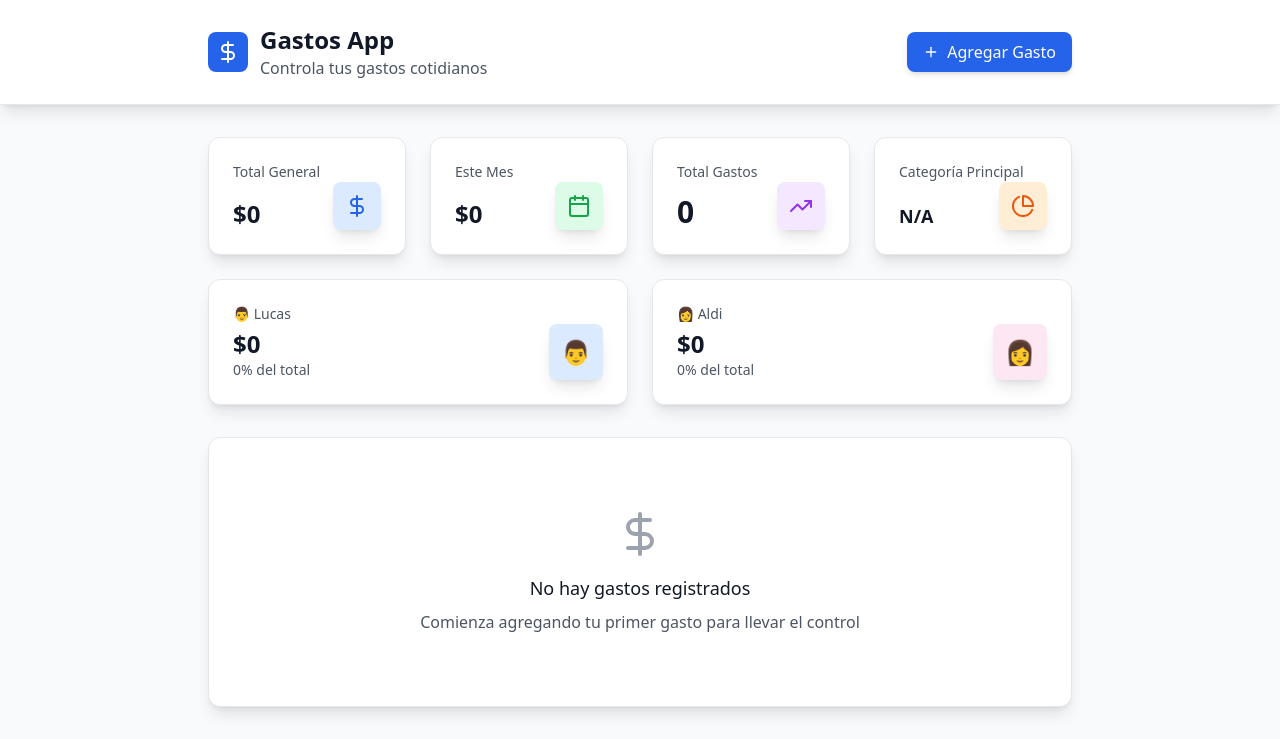
Repository: lucastenaglia/Gastosapp
Page: /
These files come from the project's save history. The page is drawn as it stood at one moment and after the next save; the edit follows.
The browser window is 1280 px wide. The pictures show the whole page.
The page's requests for data from a server got no answer. The project was rebuilt for these pictures with package versions that can differ from the ones it lists, and the page was loaded fresh each time. No one was signed in, and anything a server would have sent is missing. Also part of the build but not shown: vite.config.js, src/components/ExpenseForm.jsx.

Above is the page before, as saved 2025-08-03 21:39:02.

### index.html
<!DOCTYPE html>
<html lang="es">
  <head>
    <meta charset="UTF-8" />
    <link rel="icon" type="image/svg+xml" href="data:[embedded picture, 125 characters]" />
    <meta name="viewport" content="width=device-width, initial-scale=1.0" />
    <title>Gastos App - Control de Gastos Cotidianos</title>
  </head>
  <body>
    <div id="root"></div>
    <script type="module" src="/src/main.jsx"></script>
  </body>
</html>

### src/App.jsx
import { useState, useEffect } from 'react'
import Header from './components/Header'
import ExpenseForm from './components/ExpenseForm'
import ExpenseList from './components/ExpenseList'
import ExpenseSummary from './components/ExpenseSummary'
import { getExpenses, addExpense, updateExpense, deleteExpense } from './services/expenseService'

function App() {
  const [expenses, setExpenses] = useState([])
  const [isFormOpen, setIsFormOpen] = useState(false)
  const [loading, setLoading] = useState(true)
  const [error, setError] = useState(null)

  // Cargar gastos al iniciar la aplicación
  useEffect(() => {
    loadExpenses()
  }, [])

  // Cerrar modal con Escape
  useEffect(() => {
    const handleEscape = (e) => {
      if (e.key === 'Escape' && isFormOpen) {
        setIsFormOpen(false)
      }
    }

    document.addEventListener('keydown', handleEscape)
    return () => document.removeEventListener('keydown', handleEscape)
  }, [isFormOpen])

  const loadExpenses = async () => {
    try {
      setLoading(true)
      const data = await getExpenses()
      setExpenses(data)
      setError(null)
    } catch (err) {
      setError('Error al cargar los gastos')
      console.error(err)
    } finally {
      setLoading(false)
    }
  }

  const handleAddExpense = async (expense) => {
    try {
      const newExpense = await addExpense(expense)
      setExpenses([newExpense, ...expenses])
      setIsFormOpen(false)
    } catch (err) {
      setError('Error al agregar el gasto')
      console.error(err)
    }
  }

  const handleDeleteExpense = async (id) => {
    try {
      await deleteExpense(id)
      setExpenses(expenses.filter(expense => expense.id !== id))
    } catch (err) {
      setError('Error al eliminar el gasto')
      console.error(err)
    }
  }

  const handleEditExpense = async (id, updatedExpense) => {
    try {
      const updated = await updateExpense(id, updatedExpense)
      setExpenses(expenses.map(expense =>
        expense.id === id ? updated : expense
      ))
    } catch (err) {
      setError('Error al actualizar el gasto')
      console.error(err)
    }
  }

  return (
    <div className="min-h-screen bg-gray-50">
      <Header onAddExpense={() => setIsFormOpen(true)} />

      <main className="container mx-auto px-4 py-8 max-w-4xl">
        {error && (
          <div className="bg-red-100 border border-red-400 text-red-700 px-4 py-3 rounded mb-6">
            {error}
          </div>
        )}

        <ExpenseSummary expenses={expenses} />

        <div className="mt-8">
          <ExpenseList
            expenses={expenses}
            onDelete={handleDeleteExpense}
            onEdit={handleEditExpense}
            loading={loading}
          />
        </div>
      </main>

      {/* Modal Overlay */}
      {isFormOpen && (
        <div
          className="fixed inset-0 bg-black bg-opacity-50 flex items-center justify-center z-50 p-4 animate-in fade-in duration-200"
          onClick={() => setIsFormOpen(false)}
        >
          <div
            className="bg-white rounded-xl shadow-2xl max-w-md w-full mx-4 max-h-[90vh] overflow-y-auto animate-in zoom-in-95 duration-200"
            onClick={(e) => e.stopPropagation()}
          >
            <ExpenseForm
              onSubmit={handleAddExpense}
              onCancel={() => setIsFormOpen(false)}
            />
          </div>
        </div>
      )}
    </div>
  )
}

export default App

### src/index.css
@tailwind base;
@tailwind components;
@tailwind utilities;

@layer base {
  body {
    @apply bg-gray-50 text-gray-900;
  }
}

@layer components {
                .btn-primary {
                @apply bg-primary-600 hover:bg-primary-700 text-white font-medium py-2 px-4 rounded-lg transition-all duration-300 shadow-md hover:shadow-lg hover:-translate-y-0.5 transform;
              }

              .btn-secondary {
                @apply bg-gray-200 hover:bg-gray-300 text-gray-800 font-medium py-2 px-4 rounded-lg transition-all duration-300 shadow-md hover:shadow-lg hover:-translate-y-0.5 transform;
              }

                .input-field {
                @apply w-full px-3 py-2 border border-gray-300 rounded-lg focus:outline-none focus:ring-2 focus:ring-primary-500 focus:border-transparent shadow-sm focus:shadow-md transition-all duration-300;
              }

                            .card {
                @apply bg-white rounded-xl shadow-lg border border-gray-200 p-6 transform transition-all duration-300 hover:shadow-2xl hover:-translate-y-1;
              }

              .modal-enter {
                @apply opacity-0 scale-95;
              }

              .modal-enter-active {
                @apply opacity-100 scale-100 transition-all duration-200 ease-out;
              }

              .modal-exit {
                @apply opacity-100 scale-100;
              }

              .modal-exit-active {
                @apply opacity-0 scale-95 transition-all duration-200 ease-in;
              }
}

### src/components/Header.jsx
import { Plus, DollarSign } from 'lucide-react'

const Header = ({ onAddExpense }) => {
  return (
                    <header className="bg-white shadow-lg border-b border-gray-200">
      <div className="container mx-auto px-4 py-6 max-w-4xl">
        <div className="flex items-center justify-between">
          <div className="flex items-center space-x-3">
            <div className="bg-primary-600 p-2 rounded-lg">
              <DollarSign className="h-6 w-6 text-white" />
            </div>
            <div>
              <h1 className="text-2xl font-bold text-gray-900">Gastos App</h1>
              <p className="text-gray-600">Controla tus gastos cotidianos</p>
            </div>
          </div>

          <button
            onClick={onAddExpense}
            className="btn-primary flex items-center space-x-2"
          >
            <Plus className="h-4 w-4" />
            <span>Agregar Gasto</span>
          </button>
        </div>
      </div>
    </header>
  )
}

export default Header

### src/components/ExpenseList.jsx
import { useState } from 'react'
import { Trash2, Edit, Calendar, DollarSign } from 'lucide-react'

const ExpenseList = ({ expenses, onDelete, onEdit, loading }) => {
  const [editingId, setEditingId] = useState(null)
  const [editForm, setEditForm] = useState({})

  const categoryIcons = {
    comida: '🍽️',
    super: '🛒',
    auto: '🚗',
    entretenimiento: '🎮',
    salud: '💊',
    ropa: '👕',
    hogar: '🏠',
    otros: '📦'
  }

  const categoryColors = {
    comida: 'bg-orange-100 text-orange-800',
    super: 'bg-red-100 text-red-800',
    auto: 'bg-blue-100 text-blue-800',
    entretenimiento: 'bg-purple-100 text-purple-800',
    salud: 'bg-green-100 text-green-800',
    ropa: 'bg-pink-100 text-pink-800',
    hogar: 'bg-yellow-100 text-yellow-800',
    otros: 'bg-gray-100 text-gray-800'
  }

  const handleEdit = (expense) => {
    setEditingId(expense.id)
    setEditForm({
      description: expense.description,
      amount: expense.amount.toString(),
      category: expense.category,
      person: expense.person || 'lucas',
      date: expense.date
    })
  }

  const handleSaveEdit = (id) => {
    onEdit(id, {
      ...editForm,
      amount: parseFloat(editForm.amount)
    })
    setEditingId(null)
    setEditForm({})
  }

  const handleCancelEdit = () => {
    setEditingId(null)
    setEditForm({})
  }

  const formatDate = (dateString) => {
    const date = new Date(dateString)
    return date.toLocaleDateString('es-ES', {
      year: 'numeric',
      month: 'short',
      day: 'numeric'
    })
  }

  if (loading) {
    return (
      <div className="card">
        <div className="text-center py-12">
          <div className="animate-spin rounded-full h-12 w-12 border-b-2 border-primary-600 mx-auto mb-4"></div>
          <h3 className="text-lg font-medium text-gray-900 mb-2">
            Cargando gastos...
          </h3>
          <p className="text-gray-600">
            Conectando con la base de datos
          </p>
        </div>
      </div>
    )
  }

  if (expenses.length === 0) {
    return (
      <div className="card">
        <div className="text-center py-12">
          <DollarSign className="h-12 w-12 text-gray-400 mx-auto mb-4" />
          <h3 className="text-lg font-medium text-gray-900 mb-2">
            No hay gastos registrados
          </h3>
          <p className="text-gray-600">
            Comienza agregando tu primer gasto para llevar el control
          </p>
        </div>
      </div>
    )
  }

  return (
    <div className="card">
      <h2 className="text-xl font-semibold text-gray-900 mb-6">
        Historial de Gastos
      </h2>

      <div className="space-y-3">
        {expenses.map(expense => (
          <div key={expense.id} className="border border-gray-200 rounded-lg p-3 sm:p-4 bg-white shadow-md hover:shadow-xl hover:-translate-y-1 transform transition-all duration-300">
            {editingId === expense.id ? (
              <div className="space-y-3">
                <input
                  type="text"
                  value={editForm.description}
                  onChange={(e) => setEditForm({...editForm, description: e.target.value})}
                  className="input-field"
                />
                <div className="grid grid-cols-1 sm:grid-cols-2 gap-3">
                  <input
                    type="number"
                    value={editForm.amount}
                    onChange={(e) => setEditForm({...editForm, amount: e.target.value})}
                    className="input-field"
                    step="1"
                    min="0"
                  />
                  <select
                    value={editForm.category}
                    onChange={(e) => setEditForm({...editForm, category: e.target.value})}
                    className="input-field"
                  >
                    <option value="comida">🍽️ Comida</option>
                    <option value="super">🛒 Super</option>
                    <option value="auto">🚗 Auto</option>
                    <option value="entretenimiento">🎮 Entretenimiento</option>
                    <option value="salud">💊 Salud</option>
                    <option value="ropa">👕 Ropa</option>
                    <option value="hogar">🏠 Hogar</option>
                    <option value="otros">📦 Otros</option>
                  </select>
                </div>
                <div className="grid grid-cols-1 sm:grid-cols-2 gap-3">
                  <select
                    value={editForm.person}
                    onChange={(e) => setEditForm({...editForm, person: e.target.value})}
                    className="input-field"
                  >
                    <option value="lucas">👨 Lucas</option>
                    <option value="aldi">👩 Aldi</option>
                  </select>
                  <input
                    type="date"
                    value={editForm.date}
                    onChange={(e) => setEditForm({...editForm, date: e.target.value})}
                    className="input-field"
                  />
                </div>
                <div className="flex space-x-2">
                  <button
                    onClick={() => handleSaveEdit(expense.id)}
                    className="btn-primary text-sm flex-1"
                  >
                    Guardar
                  </button>
                  <button
                    onClick={handleCancelEdit}
                    className="btn-secondary text-sm flex-1"
                  >
                    Cancelar
                  </button>
                </div>
              </div>
            ) : (
              <div className="space-y-3">
                {/* Header con icono, descripción y monto */}
                <div className="flex items-start justify-between">
                  <div className="flex items-center space-x-3 flex-1 min-w-0">
                    <div className={`p-2 rounded-lg flex-shrink-0 ${categoryColors[expense.category]}`}>
                      <span className="text-lg">{categoryIcons[expense.category]}</span>
                    </div>

                    <div className="flex-1 min-w-0">
                      <h3 className="font-medium text-gray-900 truncate">
                        {expense.description}
                      </h3>
                      <div className="flex items-center space-x-2 text-sm text-gray-600 mt-1">
                        <span className="flex items-center space-x-1">
                          <Calendar className="h-3 w-3" />
                          <span className="hidden sm:inline">{formatDate(expense.date)}</span>
                          <span className="sm:hidden">{new Date(expense.date).toLocaleDateString('es-ES', { day: '2-digit', month: '2-digit' })}</span>
                        </span>
                        <span className="hidden sm:inline">•</span>
                        <span className="capitalize text-xs sm:text-sm">{expense.category}</span>
                      </div>
                    </div>
                  </div>

                  <div className="flex items-center space-x-2 flex-shrink-0">
                    <span className="text-lg font-semibold text-gray-900">
                      ${expense.amount}
                    </span>

                    <div className="flex space-x-1">
                      <button
                        onClick={() => handleEdit(expense)}
                        className="p-1 text-gray-400 hover:text-blue-600 transition-colors"
                        title="Editar"
                      >
                        <Edit className="h-4 w-4" />
                      </button>
                      <button
                        onClick={() => onDelete(expense.id)}
                        className="p-1 text-gray-400 hover:text-red-600 transition-colors"
                        title="Eliminar"
                      >
                        <Trash2 className="h-4 w-4" />
                      </button>
                    </div>
                  </div>
                </div>

                {/* Información adicional en móvil */}
                <div className="sm:hidden flex items-center justify-between text-sm text-gray-600 border-t pt-2">
                  <span className="flex items-center space-x-1">
                    <span>{expense.person === 'lucas' ? '👨' : '👩'}</span>
                    <span className="capitalize">{expense.person || 'lucas'}</span>
                  </span>
                  <span className="text-xs">
                    {new Date(expense.date).toLocaleDateString('es-ES', { year: 'numeric' })}
                  </span>
                </div>
              </div>
            )}
          </div>
        ))}
      </div>
    </div>
  )
}

export default ExpenseList

### src/components/ExpenseSummary.jsx
import { TrendingUp, Calendar, DollarSign, PieChart } from 'lucide-react'

const ExpenseSummary = ({ expenses }) => {
  const totalExpenses = expenses.reduce((sum, expense) => sum + expense.amount, 0)

  const today = new Date()
  const thisMonth = today.getMonth()
  const thisYear = today.getFullYear()

  const monthlyExpenses = expenses.filter(expense => {
    const expenseDate = new Date(expense.date)
    return expenseDate.getMonth() === thisMonth && expenseDate.getFullYear() === thisYear
  })

  const monthlyTotal = monthlyExpenses.reduce((sum, expense) => sum + expense.amount, 0)

  const categoryTotals = expenses.reduce((acc, expense) => {
    acc[expense.category] = (acc[expense.category] || 0) + expense.amount
    return acc
  }, {})

  const topCategory = Object.entries(categoryTotals).sort(([,a], [,b]) => b - a)[0]

  // Estadísticas por persona
  const personTotals = expenses.reduce((acc, expense) => {
    const person = expense.person || 'lucas'
    acc[person] = (acc[person] || 0) + expense.amount
    return acc
  }, {})

  const lucasTotal = personTotals.lucas || 0
  const aldiTotal = personTotals.aldi || 0

  const formatCurrency = (amount) => {
    return `$${Math.round(amount).toLocaleString('en-US')}`
  }

  return (
    <div className="space-y-4 sm:space-y-6">
      {/* Primera fila - Estadísticas generales */}
      <div className="grid grid-cols-2 lg:grid-cols-4 gap-3 sm:gap-6">
                 {/* Total General */}
         <div className="card relative p-4 sm:p-6">
           <div>
             <p className="text-xs sm:text-sm font-medium text-gray-600">Total General</p>
             <div className="flex items-end justify-between">
               <p className="text-lg sm:text-2xl font-bold text-gray-900">
                 {formatCurrency(totalExpenses)}
               </p>
               <div className="bg-blue-100 p-2 sm:p-3 rounded-lg shadow-lg">
                 <DollarSign className="h-4 w-4 sm:h-6 sm:w-6 text-blue-600" />
               </div>
             </div>
           </div>
         </div>

                 {/* Gastos del Mes */}
         <div className="card relative p-4 sm:p-6">
           <div>
             <p className="text-xs sm:text-sm font-medium text-gray-600">Este Mes</p>
             <div className="flex items-end justify-between">
               <p className="text-lg sm:text-2xl font-bold text-gray-900">
                 {formatCurrency(monthlyTotal)}
               </p>
               <div className="bg-green-100 p-2 sm:p-3 rounded-lg shadow-lg">
                 <Calendar className="h-4 w-4 sm:h-6 sm:w-6 text-green-600" />
               </div>
             </div>
           </div>
         </div>

                 {/* Total de Gastos */}
         <div className="card relative p-4 sm:p-6">
           <div>
             <p className="text-xs sm:text-sm font-medium text-gray-600">Total Gastos</p>
             <div className="flex items-end justify-between">
               <p className="text-2xl sm:text-3xl font-bold text-gray-900">
                 {expenses.length}
               </p>
               <div className="bg-purple-100 p-2 sm:p-3 rounded-lg shadow-lg self-end">
                 <TrendingUp className="h-4 w-4 sm:h-6 sm:w-6 text-purple-600" />
               </div>
             </div>
           </div>
         </div>

                 {/* Categoría Principal */}
         <div className="card relative p-4 sm:p-6">
           <div>
             <p className="text-xs sm:text-sm font-medium text-gray-600">Categoría Principal</p>
             <div className="flex items-end justify-between">
               <div>
                 <p className="text-base sm:text-lg font-semibold text-gray-900 capitalize">
                   {topCategory ? topCategory[0] : 'N/A'}
                 </p>
                 {topCategory && (
                   <p className="text-xs sm:text-sm text-gray-600">
                     {formatCurrency(topCategory[1])}
                   </p>
                 )}
               </div>
               <div className="bg-orange-100 p-2 sm:p-3 rounded-lg shadow-lg">
                 <PieChart className="h-4 w-4 sm:h-6 sm:w-6 text-orange-600" />
               </div>
             </div>
           </div>
         </div>
      </div>

      {/* Segunda fila - Estadísticas por persona */}
      <div className="grid grid-cols-1 sm:grid-cols-2 gap-3 sm:gap-6">
                 {/* Gastos de Lucas */}
         <div className="card relative p-4 sm:p-6">
           <div>
             <p className="text-xs sm:text-sm font-medium text-gray-600">👨 Lucas</p>
             <div className="flex items-end justify-between">
               <div>
                 <p className="text-lg sm:text-2xl font-bold text-gray-900">
                   {formatCurrency(lucasTotal)}
                 </p>
                 <p className="text-xs sm:text-sm text-gray-600">
                   {totalExpenses > 0 ? `${((lucasTotal / totalExpenses) * 100).toFixed(1)}%` : '0%'} del total
                 </p>
               </div>
               <div className="bg-blue-100 p-2 sm:p-3 rounded-lg shadow-lg">
                 <span className="text-lg sm:text-2xl">👨</span>
               </div>
             </div>
           </div>
         </div>

                 {/* Gastos de Aldi */}
         <div className="card relative p-4 sm:p-6">
           <div>
             <p className="text-xs sm:text-sm font-medium text-gray-600">👩 Aldi</p>
             <div className="flex items-end justify-between">
               <div>
                 <p className="text-lg sm:text-2xl font-bold text-gray-900">
                   {formatCurrency(aldiTotal)}
                 </p>
                 <p className="text-xs sm:text-sm text-gray-600">
                   {totalExpenses > 0 ? `${((aldiTotal / totalExpenses) * 100).toFixed(1)}%` : '0%'} del total
                 </p>
               </div>
               <div className="bg-pink-100 p-2 sm:p-3 rounded-lg shadow-lg">
                 <span className="text-lg sm:text-2xl">👩</span>
               </div>
             </div>
           </div>
         </div>
      </div>
    </div>
  )
}

export default ExpenseSummary

### src/services/expenseService.js
import { supabase } from '../lib/supabase'

// Obtener todos los gastos
export const getExpenses = async () => {
  try {
    const { data, error } = await supabase
      .from('expenses')
      .select('*')
      .order('created_at', { ascending: false })

    if (error) throw error
    return data || []
  } catch (error) {
    console.error('Error al obtener gastos:', error)
    return []
  }
}

// Agregar un nuevo gasto
export const addExpense = async (expense) => {
  try {
    const { data, error } = await supabase
      .from('expenses')
      .insert([{
        description: expense.description,
        amount: expense.amount,
        category: expense.category,
        person: expense.person,
        date: expense.date
      }])
      .select()

    if (error) throw error
    return data[0]
  } catch (error) {
    console.error('Error al agregar gasto:', error)
    throw error
  }
}

// Actualizar un gasto
export const updateExpense = async (id, expense) => {
  try {
    const { data, error } = await supabase
      .from('expenses')
      .update({
        description: expense.description,
        amount: expense.amount,
        category: expense.category,
        person: expense.person,
        date: expense.date
      })
      .eq('id', id)
      .select()

    if (error) throw error
    return data[0]
  } catch (error) {
    console.error('Error al actualizar gasto:', error)
    throw error
  }
}

// Eliminar un gasto
export const deleteExpense = async (id) => {
  try {
    const { error } = await supabase
      .from('expenses')
      .delete()
      .eq('id', id)

    if (error) throw error
    return true
  } catch (error) {
    console.error('Error al eliminar gasto:', error)
    throw error
  }
}

### src/lib/supabase.js
import { createClient } from '@supabase/supabase-js'

// Configuración de Supabase
const supabaseUrl = 'https://tiarifmkqcayodakifqu.supabase.co'
const supabaseAnonKey = 'eyJhbGciOiJIUzI1NiIsInR5cCI6IkpXVCJ9.eyJpc3MiOiJzdXBhYmFzZSIsInJlZiI6InRpYXJpZm1rcWNheW9kYWtpZnF1Iiwicm9sZSI6ImFub24iLCJpYXQiOjE3NTQyMzYxMzcsImV4cCI6MjA2OTgxMjEzN30.qJr6Xvo0UF5_XPq4UWidASjwgjcWPFJ8CqR6mAHSsTU'

export const supabase = createClient(supabaseUrl, supabaseAnonKey)

### tailwind.config.js
/** @type {import('tailwindcss').Config} */
export default {
  content: [
    "./index.html",
    "./src/**/*.{js,ts,jsx,tsx}",
  ],
  theme: {
    extend: {
      colors: {
        primary: {
          50: '#eff6ff',
          500: '#3b82f6',
          600: '#2563eb',
          700: '#1d4ed8',
        }
      }
    },
  },
  plugins: [],
}

Loaded but not shown: src/main.jsx (common file)

After the next save:
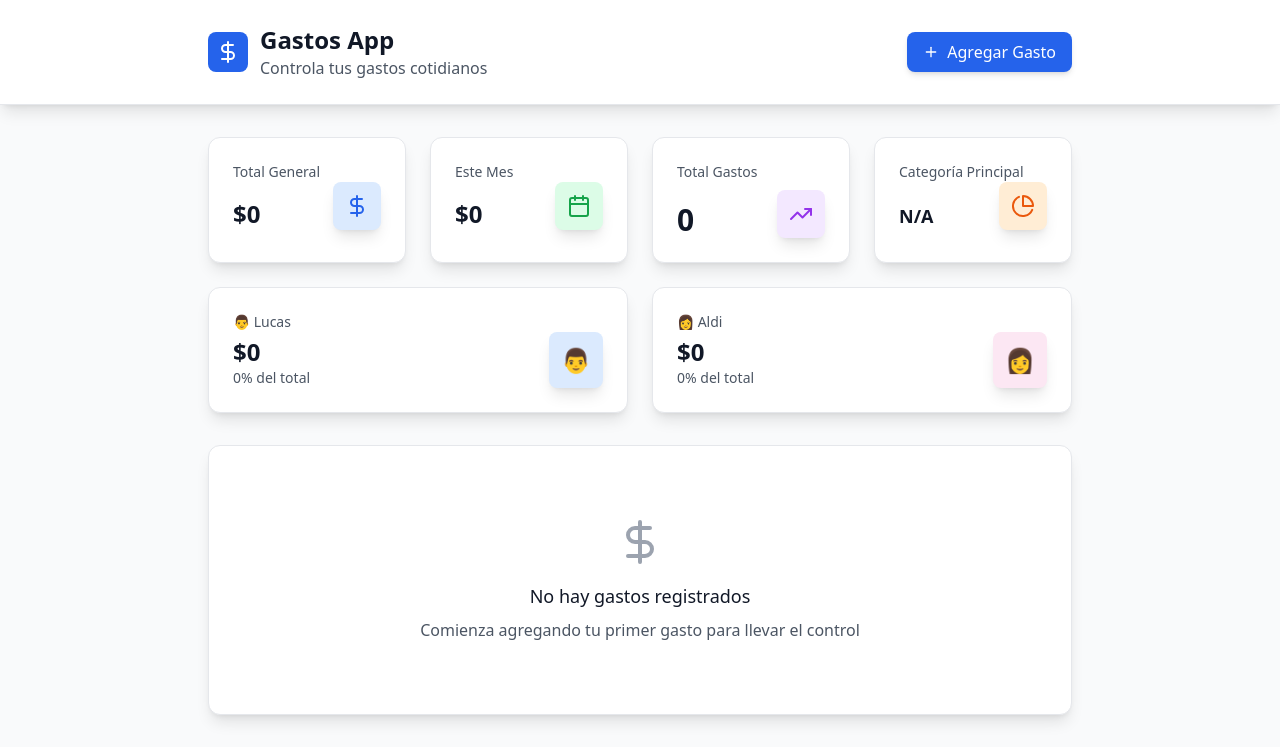
Saved 25 s later.
--- a/src/components/ExpenseSummary.jsx
+++ b/src/components/ExpenseSummary.jsx
@@ -73,7 +73,7 @@ const ExpenseSummary = ({ expenses }) => {
          <div className="card relative p-4 sm:p-6">
            <div>
              <p className="text-xs sm:text-sm font-medium text-gray-600">Total Gastos</p>
-             <div className="flex items-end justify-between">
+             <div className="flex items-end justify-between mt-2">
                <p className="text-2xl sm:text-3xl font-bold text-gray-900">
                  {expenses.length}
                </p>
